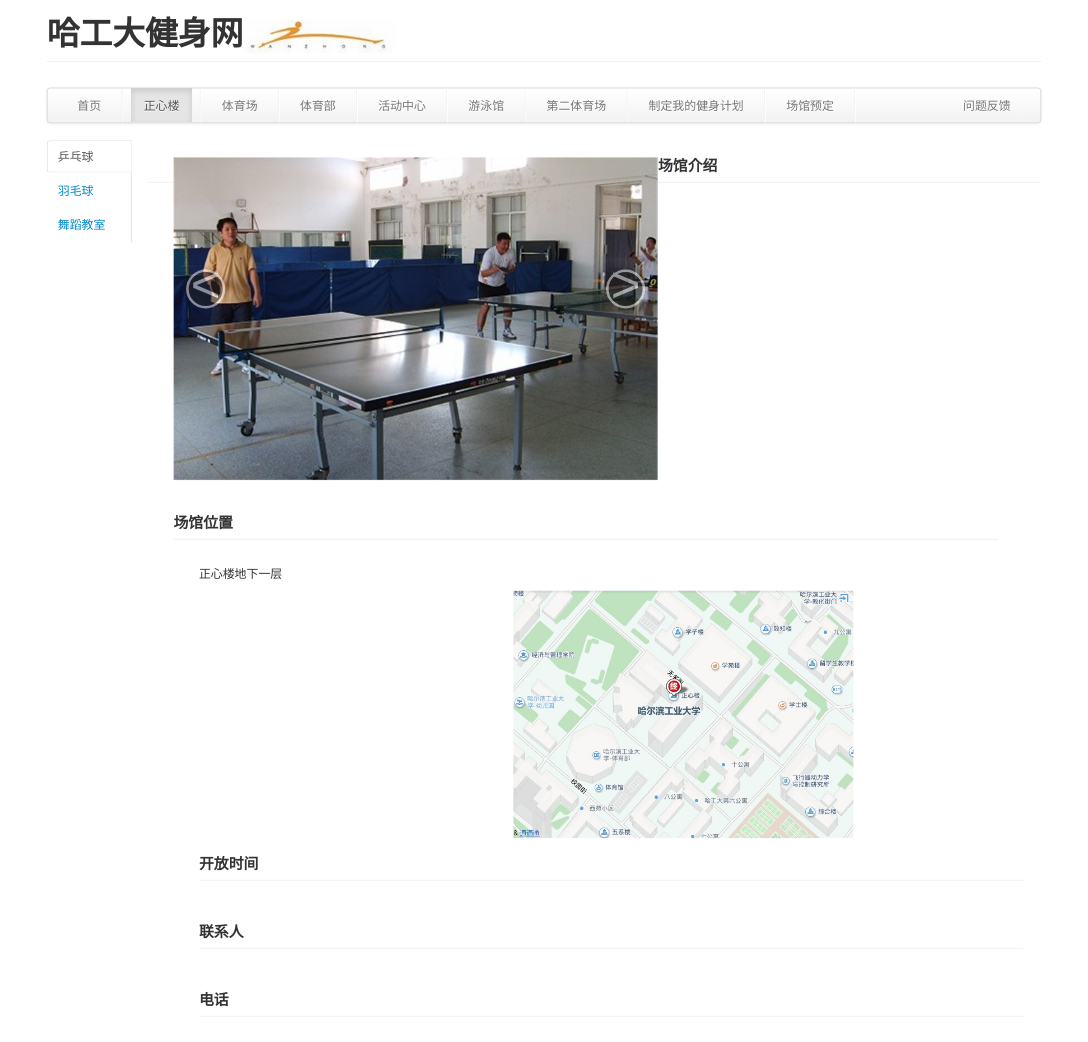
Repository: hitDeveloper/fitness
Page: http://localhost/project/zhengxin.jsp
The author's editor kept a copy of each file at every save. The page is drawn from the files as they stood at one save, then again after the next save.
The browser window is 1280 px wide. The pictures show the whole page, at 85% of full size.
The page is served by Tomcat 9. Nobody is signed in. The application's start-up code is not run. Other server files are loaded and not shown.

Above is the page before, as saved 2014-11-04 14:21:14.

### Project/project/WebRoot/zhengxin.jsp
<%@ page language="java" import="java.util.*" pageEncoding="UTF-8"%>
<!DOCTYPE html>
<html>
<head>
<title>首页</title>
	<meta name="viewport" content="width=device-width, initial-scale=1.0"  charset="utf-8">
	<link href="bootstrap.min.css" rel="stylesheet" type="text/css" media="screen">
	<link href="bootstrap-responsive.min.css" rel="stylesheet" type="text/css">
</head>
<body>
<div class="container">
<h1 class="page-header" >哈工大健身网<img src="image/logo.jpg"></h1>
<div class="navbar">
<div class="navbar-inner">
<div class="container">
<ul class="nav">
	<li ><a href="main.jsp">首页</a></li>
	<li class="divider-vertical"></li>
	<li class="active"><a href="zhengxin.jsp">正心楼</a></li>
	<li class="divider-vertical"></li>
	<li><a href="gym.jsp">体育场</a></li>
	<li class="divider-vertical"></li>
	<li><a href="tiyubu.jsp">体育部</a></li>
	<li class="divider-vertical"></li>
	<li><a href="center.jsp">活动中心</a></li>
	<li class="divider-vertical"></li>
	<li><a href="swimming.jsp">游泳馆</a></li>
	<li class="divider-vertical"></li>
	<li><a href="gym2.jsp">第二体育场</a></li>
	<li class="divider-vertical"></li>
	<li><a href="myplan.jsp">制定我的健身计划</a></li>
	<li class="divider-vertical"></li>
	<li><a href="myplan.jsp">场馆预定</a></li>
	<li class="divider-vertical"></li>
</ul>
<ul class="nav pull-right">
	<li><a href="problem.jsp">问题反馈</a></li>
</ul>
</div>
</div>
</div>

<div class="tabbable tabs-left">
<ul class="nav nav-tabs">
	<li class="active"><a href="#pingpong" data-toggle="tab">乒乓球</a></li>
	<li><a href="#yumaoqiu" data-toggle="tab">羽毛球</a></li>
	<li><a href="#wudao" data-toggle="tab">舞蹈教室</a></li>
</ul>
<div class="tab-content">
<div class="tab-pane active" id="pingpong">
<div class="span6">
<div class="carousel slide" id="carousel1">
<div class="carousel-inner">
<div class="item active">
<img src="image/gym/zhengxinlou/pingpangqiu/200791011446618.jpg" alt="">
</div>
<div class="item">
<img src="image/gym/zhengxinlou/pingpangqiu/160S0355A4.jpg" alt="">
</div>
<div class="item">
<img src="image/gym/zhengxinlou/pingpangqiu/7096_1324380234pF3x.jpg" alt="">
</div>
<div class="item">
<img src="image/gym/zhengxinlou/pingpangqiu/2013222161721926.jpg" alt="">
</div>
</div>
<a href="#carousel1" data-slide="prev" class="left carousel-control"><</a>
<a href="#carousel1" data-slide="next" class="right carousel-control">></a>
</div>
</div>
<div>
<h4 class="page-header">场馆介绍</h4>
<p></p>
</div>
<div class="span10">
<h4 class="page-header">场馆位置</h4>
<div class="span4">
<p>正心楼地下一层</p>
</div>
<div class="span8">
<img src="image/1.jpg" class="pull-right" width="400">
</div>
<div class="span10">
<h4 class="page-header">开放时间</h4>
<p></p>
</div>
<div class="span10">
<h4 class="page-header">联系人</h4>
<p></p>
</div>
<div class="span10">
<h4 class="page-header">电话</h4>
<p></p>
</div>
</div>
</div>
<div class="tab-pane" id="yumaoqiu">
<div class="span6">
<div class="carousel slide" id="carousel2">
<div class="carousel-inner">
<div class="item active">
<img src="image/gym/200791011446618.jpg" alt="">
</div>
<div class="item">
<img src="image/gym/160S0355A4.jpg" alt="">
</div>
<div class="item">
<img src="image/gym/7096_1324380234pF3x.jpg" alt="">
</div>
<div class="item">
<img src="2/正心楼/乒乓球/7096_1324380234pF3x.jpg" alt="">
</div>
<div class="item">
<img src="" alt="">
</div>
</div>
<a href="#carousel2" data-slide="prev" class="left carousel-control"><</a>
<a href="#carousel2" data-slide="next" class="right carousel-control">></a>
</div>
</div>
<div>
<h4 class="page-header">场馆介绍</h4>
<p></p>
</div>
<div class="span10">
<h4 class="page-header">场馆位置</h4>
<div class="span4">
<p>正心楼地下一层</p>
</div>
<div class="span10">
<img src="image/1.jpg" class="pull-right" width="400">
</div>
<div class="span10">
<h4 class="page-header">开放时间</h4>
<p></p>
</div>
<div class="span10">
<h4 class="page-header">联系人</h4>
<p></p>
</div>
<div class="span10">
<h4 class="page-header">电话</h4>
<p></p>
</div>
</div>
</div>
<div class="tab-pane" id="wudao">
<div class="span6">
<div class="carousel slide" id="carousel3">
<div class="carousel-inner">
<div class="item active">
<img src="2/正心楼/乒乓球/160RIII4_lit.jpg" alt="">
</div>
<div class="item">
<img src="2/正心楼/乒乓球/160S0355A4.jpg" alt="">
</div>
<div class="item">
<img src="2/正心楼/乒乓球/7096_1324380234pF3x.jpg" alt="">
</div>
<div class="item">
<img src="2/正心楼/乒乓球/7096_1324380234pF3x.jpg" alt="">
</div>
</div>
<a href="#carousel3" data-slide="prev" class="left carousel-control"><</a>
<a href="#carousel3" data-slide="next" class="right carousel-control">></a>
</div>
</div>
<div>
<h4 class="page-header">场馆介绍</h4>
<p></p>
</div>
<div class="span10">
<h4 class="page-header">场馆位置</h4>
<div class="span4">
<p>正心楼地下一层</p>
</div>
<div class="span10">
<img src="image/1.jpg" class="pull-right" width="400">
</div>
<div class="span10">
<h4 class="page-header">开放时间</h4>
<p></p>
</div>
<div class="span10">
<h4 class="page-header">联系人</h4>
<p></p>
</div>
<div class="span10">
<h4 class="page-header">电话</h4>
<p></p>
</div>
</div>
</div>
</div>


</div>
</div>
		<script src="jquery-1.11.1.min.js"></script>
		<script src="bootstrap.min.js"></script>
</body>
</html>

Loaded but not shown: Project/project/WebRoot/bootstrap.min.css (library); Project/project/WebRoot/bootstrap-responsive.min.css (library); Project/project/WebRoot/jquery-1.11.1.min.js (library); Project/project/WebRoot/bootstrap.min.js (library)

After the next save:
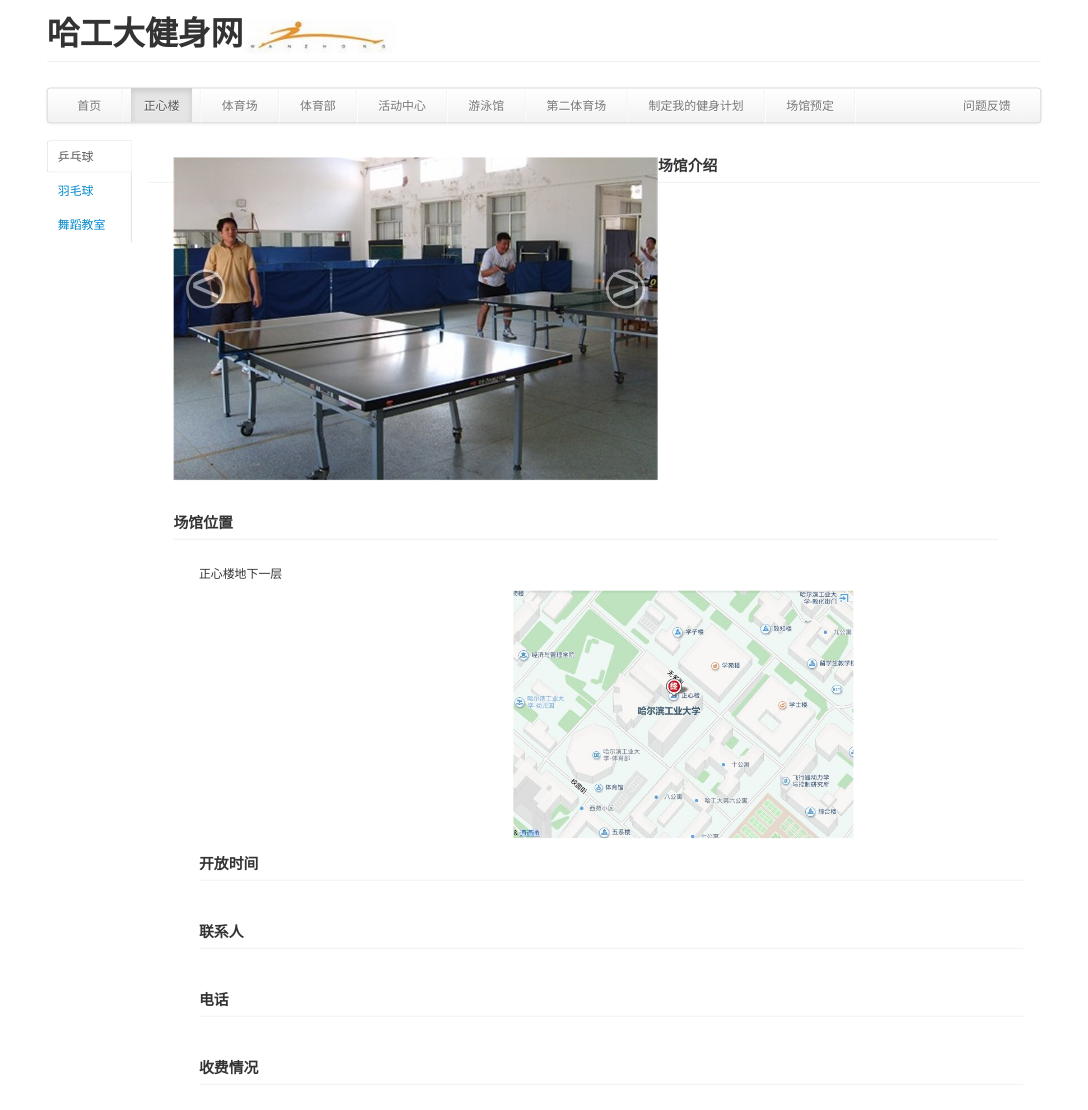
Saved 3 min 57 s later.
--- a/Project/project/WebRoot/zhengxin.jsp
+++ b/Project/project/WebRoot/zhengxin.jsp
@@ -92,6 +92,10 @@
 <h4 class="page-header">电话</h4>
 <p></p>
 </div>
+<div class="span10">
+<h4 class="page-header">收费情况</h4>
+<p></p>
+</div>
 </div>
 </div>
 <div class="tab-pane" id="yumaoqiu">
@@ -142,6 +146,10 @@
 <h4 class="page-header">电话</h4>
 <p></p>
 </div>
+<div class="span10">
+<h4 class="page-header">收费情况</h4>
+<p></p>
+</div>
 </div>
 </div>
 <div class="tab-pane" id="wudao">
@@ -189,6 +197,10 @@
 <h4 class="page-header">电话</h4>
 <p></p>
 </div>
+<div class="span10">
+<h4 class="page-header">收费情况</h4>
+<p></p>
+</div>
 </div>
 </div>
 </div>
